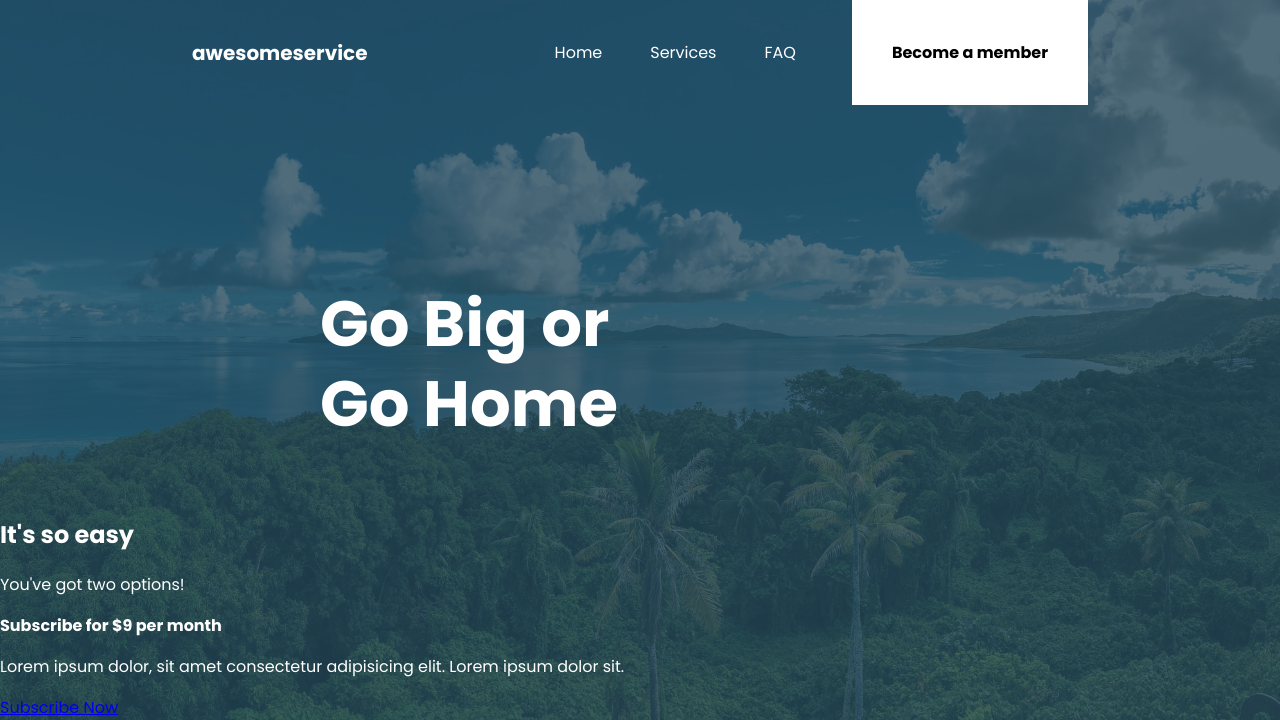
Repository: Hyperion72R/Animated-Navigation
Page: index.html
The author's editor kept a copy of each file at every save. The page is drawn from the files as they stood at one save, then again after the next save.
The browser window is 1280 px wide. The pictures show the whole page.
The style sheet was rebuilt from its Sass, Less or Tailwind sources for each picture, by a compiler version that may differ from the author's.

Above is the page before, as saved 2021-08-22 14:27:32.

After the next save:
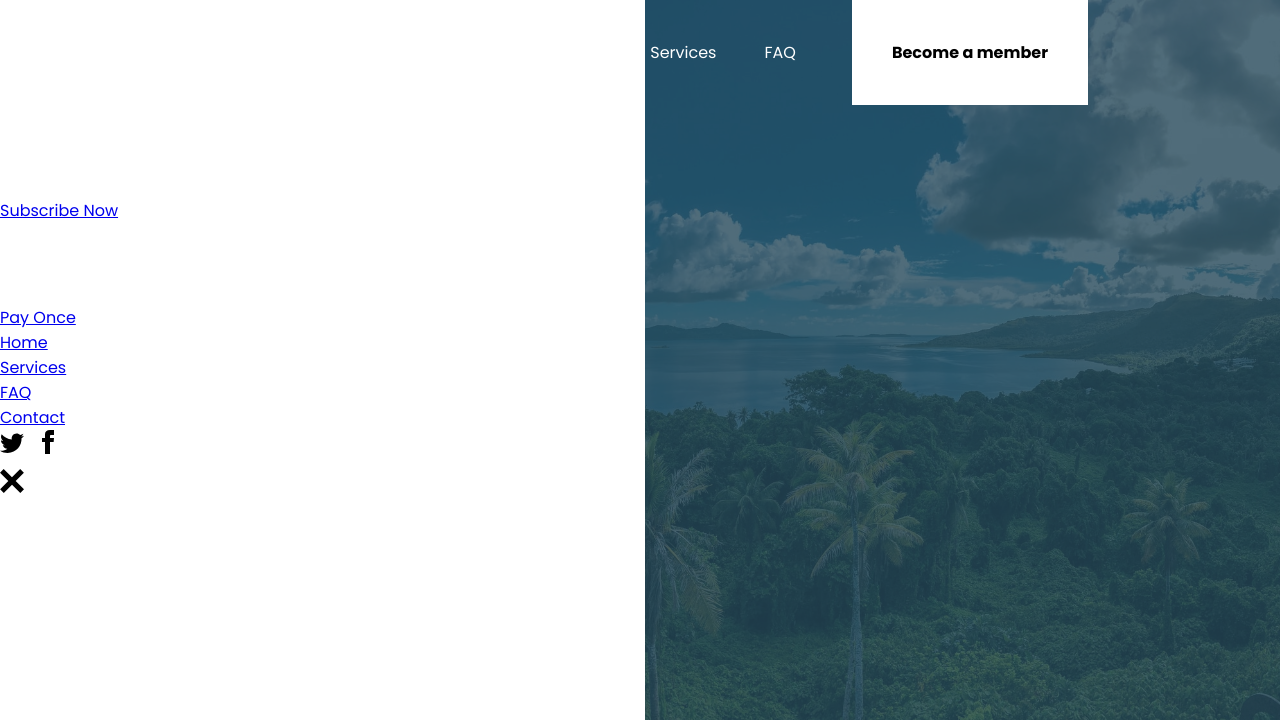
Saved 30 s later.
--- a/css/main.scss
+++ b/css/main.scss
@@ -107,4 +107,8 @@ h1 {
 .overlay {
   // display: none;
   position: fixed;
+  height: 100vh;
+  background: white;
+  top: 0;
+  left: 0;
 }
